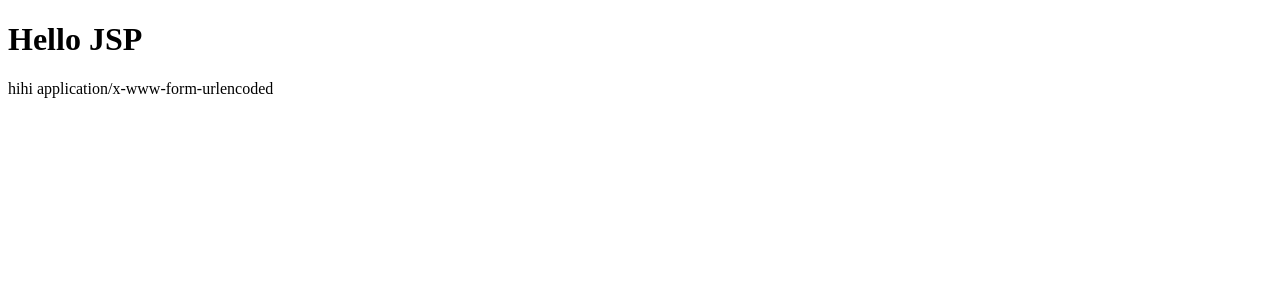
Repository: hoangkhanh2208/Jsp-Servlet-JDBC-Learn
Page: http://localhost/JspTutorial/index.jsp
The author's editor kept a copy of each file at every save. The page is drawn from the files as they stood at one save, then again after the next save.
The browser window is 1280 px wide. The pictures show the whole page.
The page is served by Tomcat 9. Other server files are loaded and not shown.

Above is the page before, as saved 2021-05-20 02:32:30.

### JspTutorial/src/main/webapp/index.jsp
<%@page import="java.util.Random"%>
<%@ page language="java" contentType="text/html; charset=ISO-8859-1"
	pageEncoding="ISO-8859-1"%>
<!DOCTYPE html>
<html>
<head>
<meta charset="ISO-8859-1">
<title>Insert title here</title>
</head>
<body>
	<h1>Hello JSP</h1>

	<%
	out.println("hihi");

	response.setContentType("text/html");

	String serverName = request.getContentType();
	out.println(serverName);

	%>


</body>
</html>

After the next save:
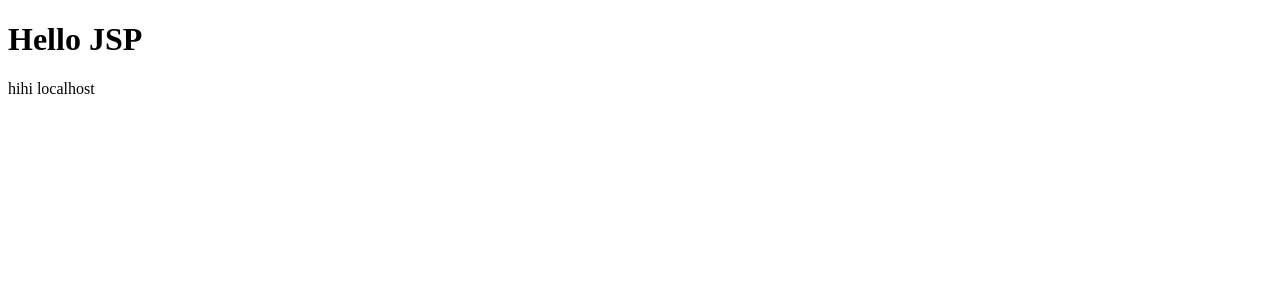
Saved 86 s later.
--- a/JspTutorial/src/main/webapp/index.jsp
+++ b/JspTutorial/src/main/webapp/index.jsp
@@ -13,9 +13,7 @@
 	<%
 	out.println("hihi");
 
-	response.setContentType("text/html");
-
-	String serverName = request.getContentType();
+	String serverName = request.getLocalName();
 	out.println(serverName);
 
 	%>
